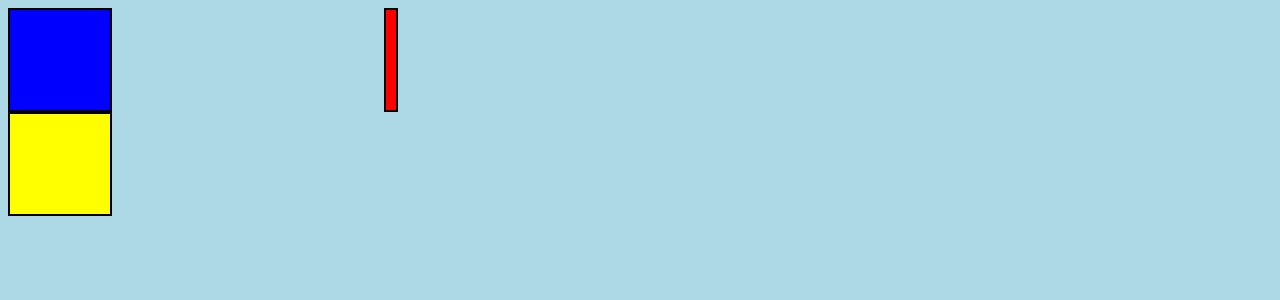
Repository: Sushant203/myPersonalSite
Page: index.html
The author's editor kept a copy of each file at every save. The page is drawn from the files as they stood at one save, then again after the next save.
The browser window is 1280 px wide. The pictures show the whole page.

Above is the page before, as saved 2022-12-05 18:38:51.

### index.html
<!DOCTYPE html>
<html lang="en">

<head>
    <meta charset="UTF-8">
    <meta http-equiv="X-UA-Compatible" content="IE=edge">
    <meta name="viewport" content="width=device-width, initial-scale=1.0">
    <title>Document</title>
    <link rel="stylesheet" href="\css\style.css">
    <link rel="favicon" href="favicon.ico">
</head>

<body>

<div class="box-1"></div>
<div class="box-2"></div>
<div class="box-3"></div>
</body>

</html>

### css/style.css
body{
    background-color: lightblue;
    /* margin: 0; */
}

.box-1{
    border: 2px solid black ;
    background-color: red;
    height: 100px;
    width: 10px;
    position: absolute;
    left: 30%;
}

.box-2{
    border: 2px solid black;
    background-color: blue;
    height: 100px;
    width: 100px;

    /* margin-left: 210px; */
}


.box-3{
    border: 2px solid;
    background-color: yellow;
    height: 100px;
    width: 100px;

}

After the next save:
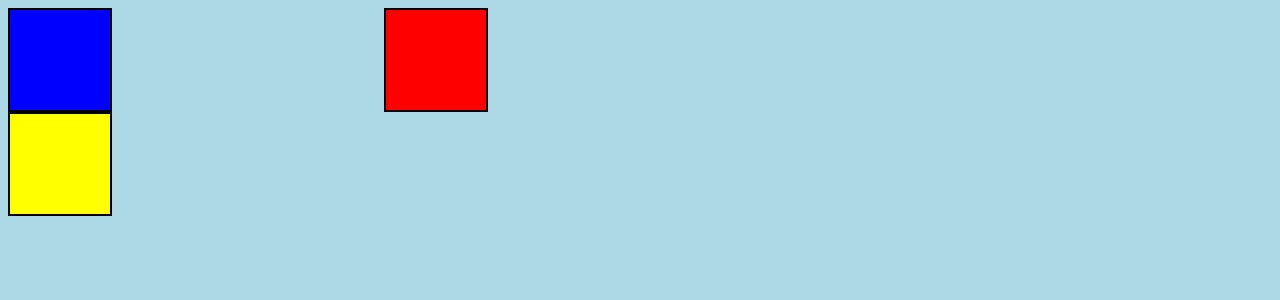
Saved 8 s later.
--- a/css/style.css
+++ b/css/style.css
@@ -7,7 +7,7 @@ body{
     border: 2px solid black ;
     background-color: red;
     height: 100px;
-    width: 10px;
+    width: 100px;
     position: absolute;
     left: 30%;
 }
